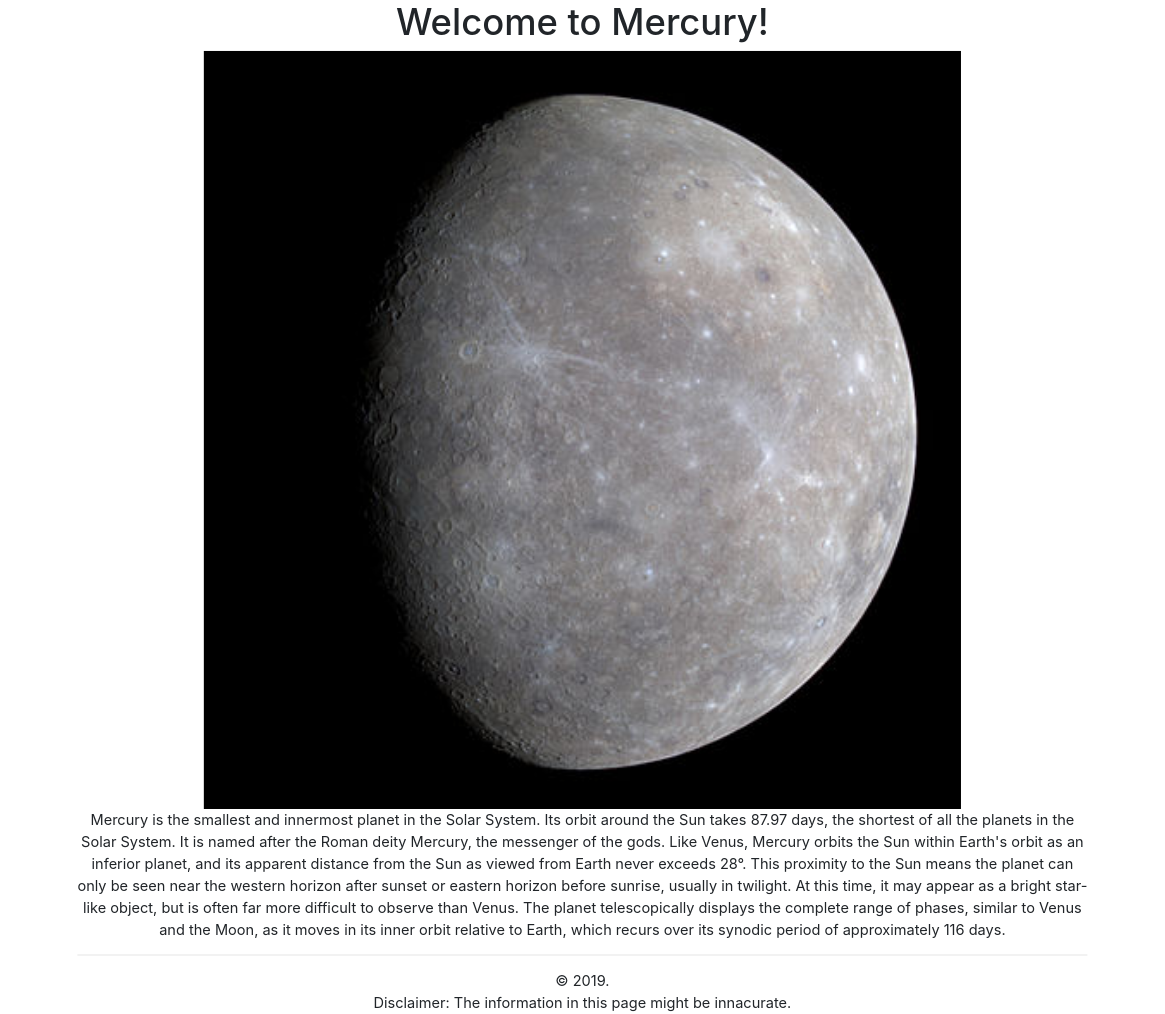
Repository: AdrienBarens/CST336-Lab6
Page: http://localhost/mercury
The author's editor kept a record of every edit. The page is drawn from the files as they stood at one moment, then again after the next edit.
The browser window is 1280 px wide. The pictures show the whole page, at 91% of full size.
The page is served by the project's Node server (app.js).

Above is the page before.

### views/mercury.html
<%- include('partials/header.ejs') %>

    <h1> Welcome to Mercury! </h1>
    <img src="/img/mercury.jpg" alt="The Solar System"></img>
    <p>Mercury is the smallest and innermost planet in the Solar System. Its orbit around the Sun takes 87.97 days, the shortest of all the planets in the Solar System. It is named after the Roman deity Mercury, the messenger of the gods.
    Like Venus, Mercury orbits the Sun within Earth's orbit as an inferior planet, and its apparent distance from the Sun as viewed from Earth never exceeds 28°. This proximity to the Sun means the planet can only be seen near the western horizon after sunset or eastern horizon before sunrise, usually in twilight. At this time, it may appear as a bright star-like object, but is often far more difficult to observe than Venus. The planet telescopically displays the complete range of phases, similar to Venus and the Moon, as it moves in its inner orbit relative to Earth, which recurs over its synodic period of approximately 116 days.
    </p>

<%- include('partials/footer.ejs') -%>

### views/partials/header.ejs
<!DOCTYPE html>
<html>
    <head>
        <title> The Solar System </title>
        <link rel="stylesheet" href="/css/styles.css" />
        <link rel="stylesheet" href="https://stackpath.bootstrapcdn.com/bootstrap/4.4.1/css/bootstrap.min.css" integrity="sha384-Vkoo8x4CGsO3+Hhxv8T/Q5PaXtkKtu6ug5TOeNV6gBiFeWPGFN9MuhOf23Q9Ifjh" crossorigin="anonymous">
    </head>
    <body>
        <div class="container">

### views/partials/footer.ejs
<hr>
&copy; 2019. <br />
Disclaimer: The information in this page might be innacurate.
    </div>
    </body>

</html>

### app.js
const express = require("express")
const app = express();
app.engine('html', require("ejs").renderFile);
app.use(express.static("public"));

//routes
app.get("/", function(req,res){
   res.render("index.html");
});

app.get("/mercury", function(req,res){
   res.render("mercury.html");
});

app.get("/venus", function(req,res){
   res.render("venus.html")
});

app.get("/earth", function(req, res) {
    res.render("earth.html")
});

app.get("/mars", function(req, res) {
    res.render("mars.html")
});

//listener
app.listen(process.env.PORT,process.env.IP, function(){
    console.log("Express Server is Running...");
});

### public/css/styles.css
body {
    background-color: #CBE2F6;
}

.container {
    text-align: center;
}

img {
    width: 75%;
}

After the next edit:
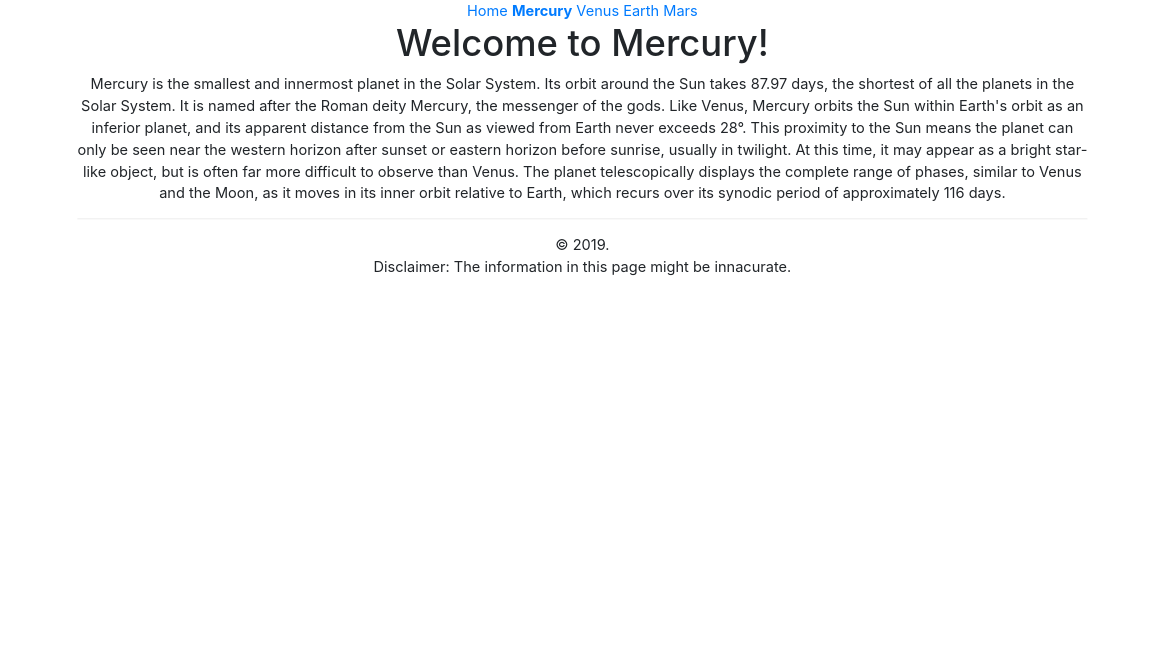
The edit:
--- a/views/mercury.html
+++ b/views/mercury.html
@@ -1,6 +1,15 @@
 <%- include('partials/header.ejs') %>
 
-    <h1> Welcome to Mercury! </h1>
+    <nav>
+        <a href="index.html">Home</a>
+        <a href="mercury.html"><b>Mercury</b></a>
+        <a href="venus.html">Venus</a>
+        <a href="earth.html">Earth</a>
+        <a href="mars.html">Mars</a>
+    </nav>
+
+    <h1> Welcome to Mercury! </h1
+
     <img src="/img/mercury.jpg" alt="The Solar System"></img>
     <p>Mercury is the smallest and innermost planet in the Solar System. Its orbit around the Sun takes 87.97 days, the shortest of all the planets in the Solar System. It is named after the Roman deity Mercury, the messenger of the gods.
     Like Venus, Mercury orbits the Sun within Earth's orbit as an inferior planet, and its apparent distance from the Sun as viewed from Earth never exceeds 28°. This proximity to the Sun means the planet can only be seen near the western horizon after sunset or eastern horizon before sunrise, usually in twilight. At this time, it may appear as a bright star-like object, but is often far more difficult to observe than Venus. The planet telescopically displays the complete range of phases, similar to Venus and the Moon, as it moves in its inner orbit relative to Earth, which recurs over its synodic period of approximately 116 days.
